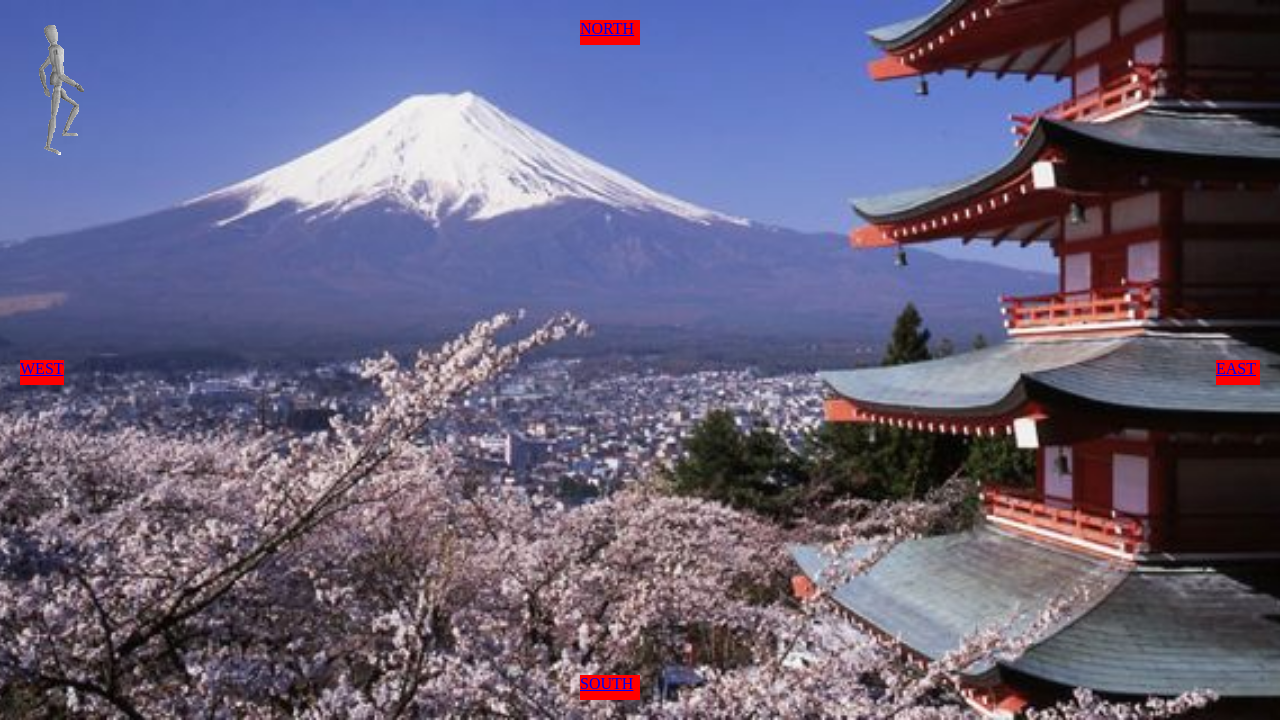
Repository: akihm683/akihm683.github.io
Page: map/japan/japan.html
The author's editor kept a record of every edit. The page is drawn from the files as they stood at one moment, then again after the next edit.
The browser window is 1280 px wide. The pictures show the whole page.

Above is the page before.

### map/japan/japan.html
<!DOCTYPE html>
<html>
    <head>
        <title>THE MAP</title>
        <link href="japan.css" rel="stylesheet">
            </head>
    <body>
       <div class="figure"><img src="map/figure.jpg"></div>
       <div class="north"><a href="../russia/russia.html">NORTH</a></div>
       <div class="south"><a href="../philippines/philippines.html">SOUTH</a></div>
       <div class="east"><a href="../unitedstates/unitedstates.html">EAST</a></div>
       <div class="west"><a href="../southkorea/southkorea.html">WEST</a></div>
    </body>


</html>

### map/japan/japan.css

body {
  background: url("japan.jpg") no-repeat center center fixed;
  -webkit-background-size: cover;
  -moz-background-size: cover;
  -o-background-size: cover;
  background-size: cover;
}

.img {
    position: center;
    right:50%;
    left:50%;
    top:50%;
    bottom:50%;

}


.north {
  position: fixed;
  right: 50%;
  top: 20px;
  width: 60px;
  height: 25px;
  background-color: red;
}


.south {
  position: fixed;
  right: 50%;
  bottom: 20px;
  width: 60px;
  height: 25px;
  background-color: red;
}


.east {
	position: fixed;
	right: 20px;
	top: 50%;
	width: 44px;
	height: 25px;
	background-color: red;
}

.west {
  position: fixed;
  left: 20px;
  top: 50%;
  width: 44px;
  height: 25px;
  background-color: red;
}

After the next edit:
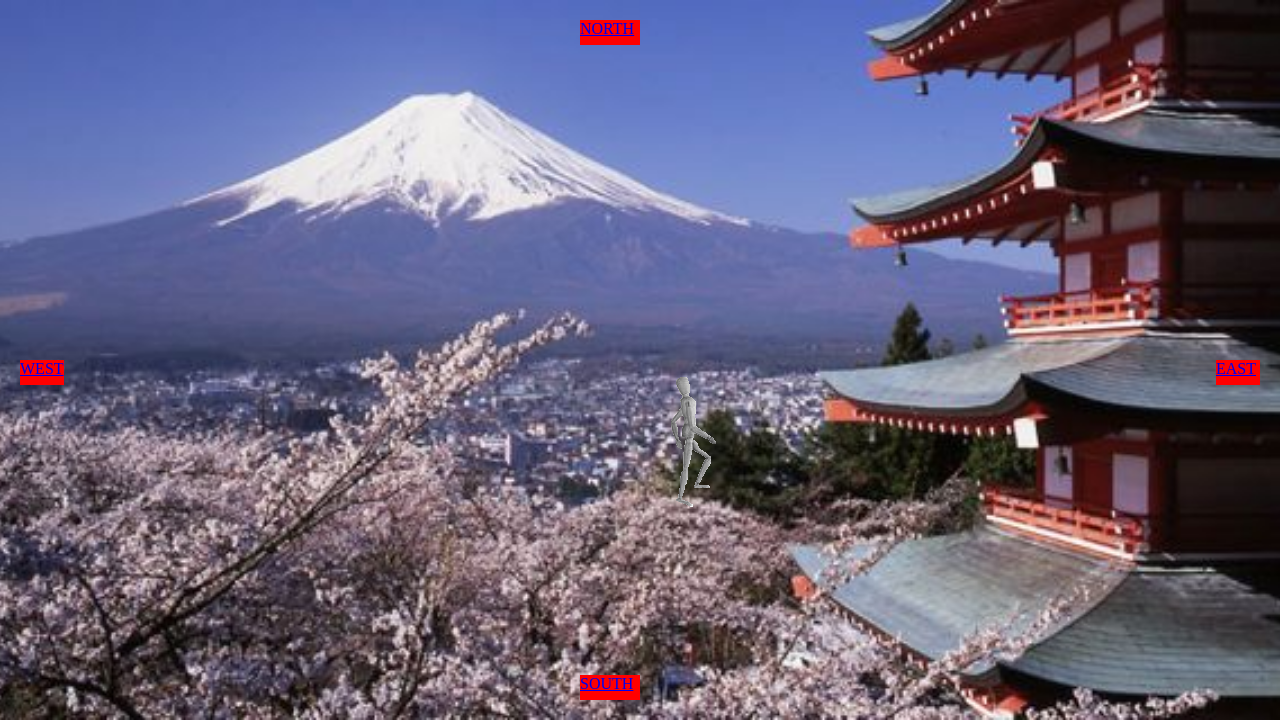
The edit:
--- a/map/japan/japan.css
+++ b/map/japan/japan.css
@@ -7,8 +7,8 @@
   background-size: cover;
 }
 
-.img {
-    position: center;
+.figure {
+    position:absolute;
     right:50%;
     left:50%;
     top:50%;
